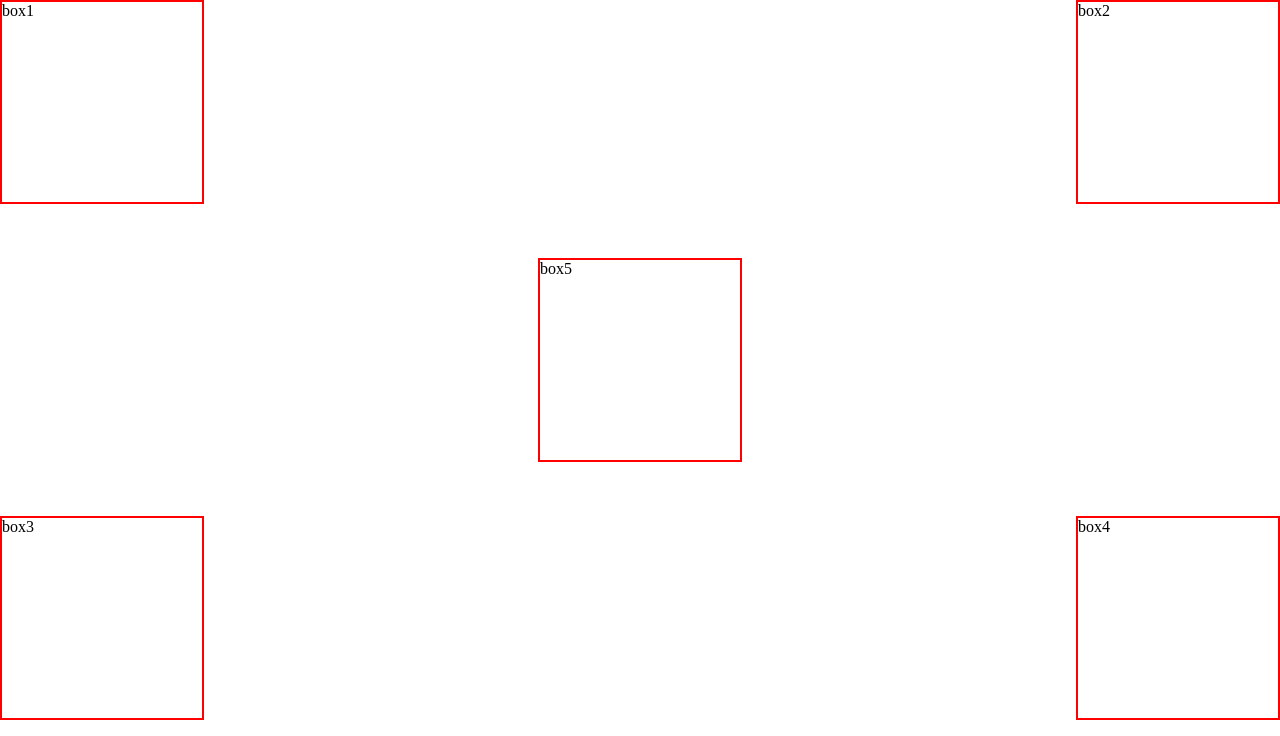
Repository: ABDUSALIMSUBAHIELBASHI/full-html-css-js
Page: Desktop/coding/css/index.html
An editor plug-in stored every save of this project. The page is shown before and after a run of saves, followed by the edit.
The browser window is 1280 px wide. The pictures show the whole page.

Above is the page before, as saved 2025-09-16 08:55:15.

### Desktop/coding/css/index.html
<!DOCTYPE html>
<html lang="en">
<head>
    <style>
        .container{
            height: 100vh;
        }
        .box1{
           width: 200px;
           height:200px ;
           border: 2px solid red;
           position: absolute;
           top: 0px;
           left: 0px;
        }
           .box2{
           width: 200px;
           height:200px ;
           border: 2px solid red;
           position: absolute;
           top: 0px;
           right: 0px;
        }
             .box3{
           width: 200px;
           height:200px ;
           border: 2px solid red;
           position: absolute;
           left: 0px;
           bottom: 0px;
        }
             .box4{
           width: 200px;
           height:200px ;
           border: 2px solid red;
           position: absolute;
           right: 0px;
           bottom: 0px;
        }
             .box5{
           width: 200px;
           height:200px ;
           border: 2px solid red;
           position: absolute;
           top: 50%;
          left: 50%;
          transform: translate(-50%, -50%);
        }
    </style>
    <meta charset="UTF-8">
    <meta name="viewport" content="width=device-width, initial-scale=1.0">
    <title>Document</title>
</head>
<body>
    <div class="container">

        <div class="box1">box1</div>
        <div class="box2">box2</div>
        <div class="box3">box3</div>
        <div class="box4">box4</div>
        <div class="box5">box5</div>
    </div>
</body>
</html>

After the next 2 saves:
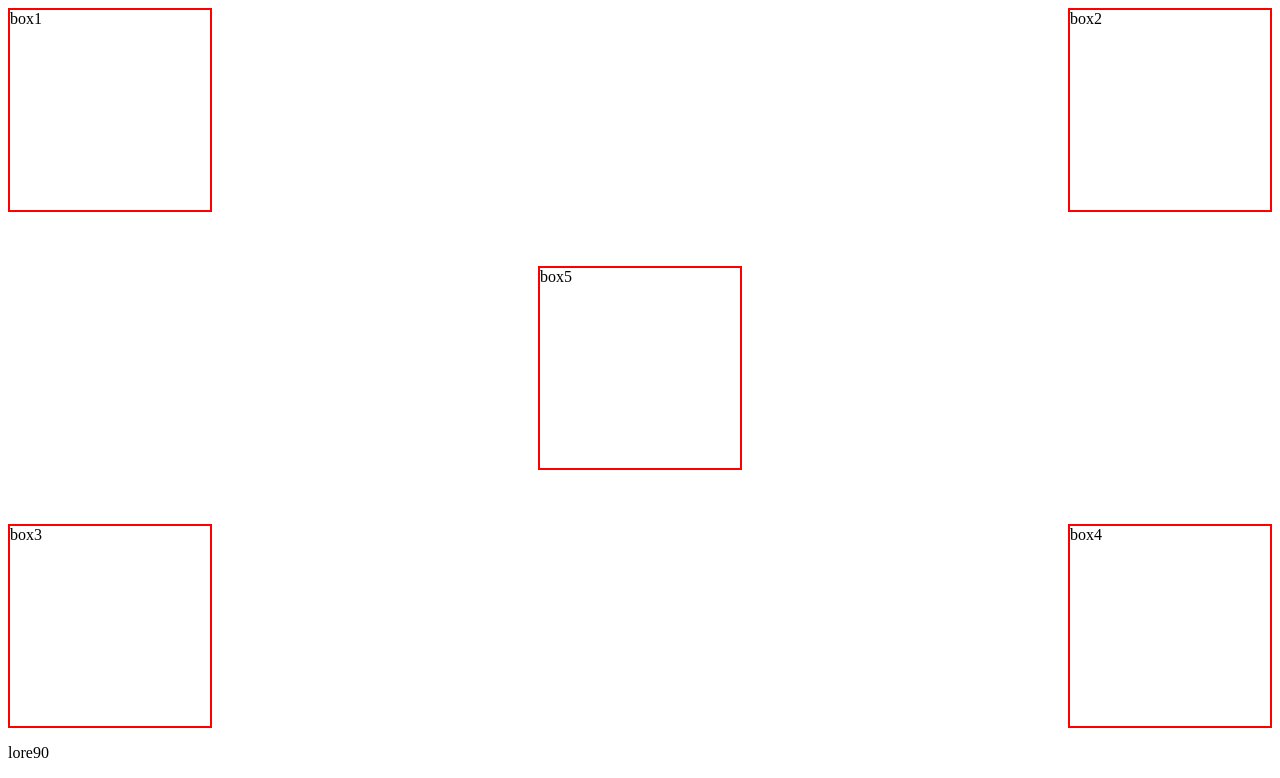
The 2 saves are shown as one change because they came seconds apart.
The last was saved 31 s later.
--- a/Desktop/coding/css/index.html
+++ b/Desktop/coding/css/index.html
@@ -4,6 +4,7 @@
     <style>
         .container{
             height: 100vh;
+            position: relative;
         }
         .box1{
            width: 200px;
@@ -60,5 +61,6 @@
         <div class="box4">box4</div>
         <div class="box5">box5</div>
     </div>
+    <p>lore90</p>
 </body>
 </html>
